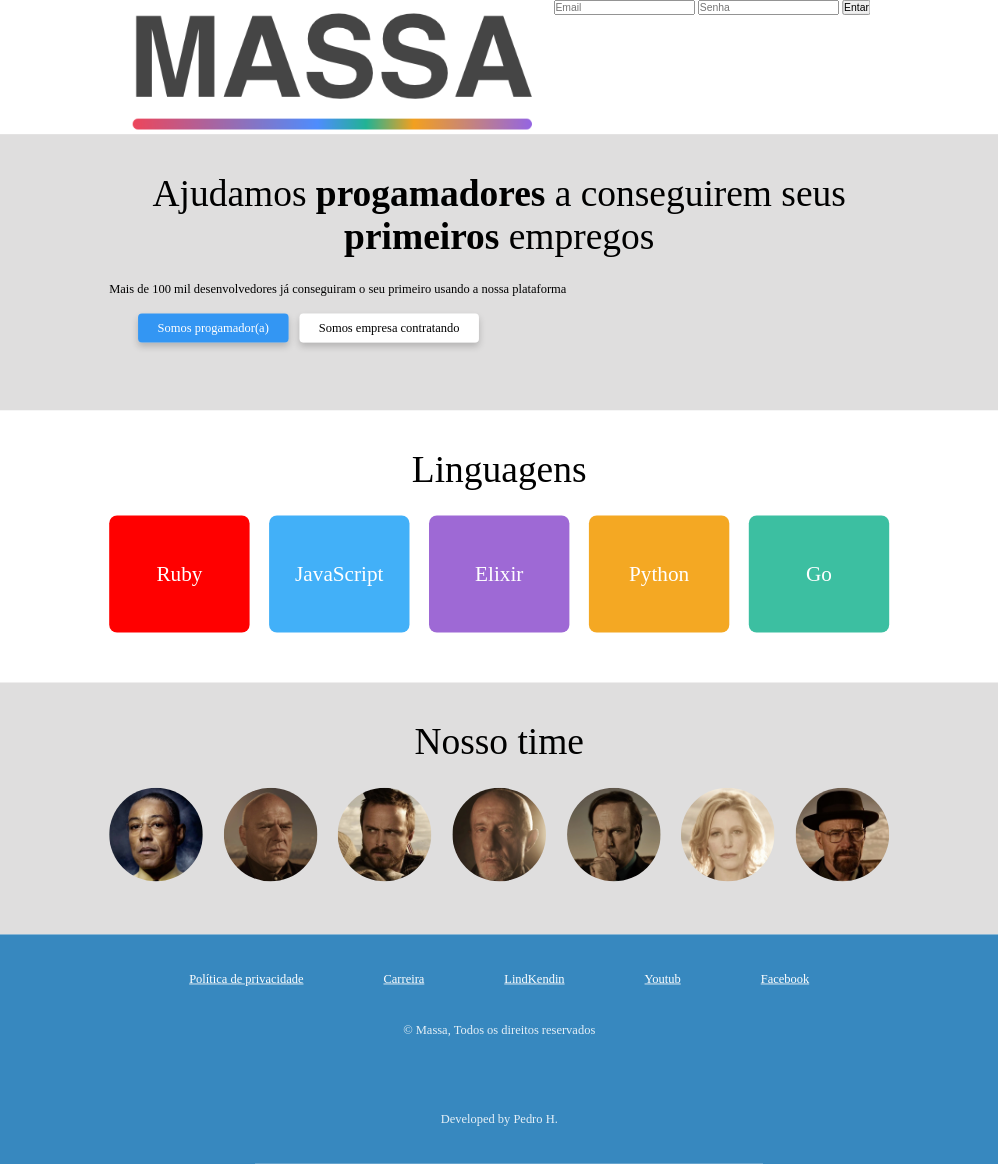
Repository: luizgaivaa/ProjetoSite
Page: index.html
The author's editor kept a copy of each file at every save. The page is drawn from the files as they stood at one save, then again after a run of saves.
The browser window is 1280 px wide. The pictures show the whole page, at 78% of full size.

Above is the page before, as saved 2024-03-19 13:19:11.

### index.html
<!DOCTYPE html>
<html lang="pt-br">
<head>
    <meta charset="UTF-8">
    <meta name="viewport" content="width=device-width, initial-scale=1.0">
    <title>Massa</title>
    <link rel="icon" href="react-icon.png">
    <link rel="stylesheet" href="style.css">

    <link rel="preconnect" href="https://fonts.googleapis.com">
    <link rel="preconnect" href="https://fonts.gstatic.com" crossorigin>
    <link href="https://fonts.googleapis.com/css2?family=Roboto:ital,wght@0,100;0,300;0,400;0,500;0,700;0,900;1,100;1,300;1,400;1,500;1,700;1,900&display=swap" rel="stylesheet">

</head>
<body>
        <header>

            <div class="container">

                <div class="logo">

                    <img src="imagens/logo.png" alt-="">

                </div>
                <div class="sing-in">
                <form action="#">

                    <input type="email" name="email" id="email" placeholder="Email">
                    <input type="password" name="password" id="password" placeholder="Senha">
                    <button type="submit">Entar</button>

                </form>
                </div>
            </div>

        </header>

    <main>

        <section class="intro gray">

            <div class="container">

                <h1 class="title">Ajudamos <strong>progamadores</strong> a conseguirem seus <strong>primeiros</strong> empregos</h1>
                <p>Mais de 100 mil desenvolvedores já conseguiram o seu primeiro usando a nossa plataforma</p>

                <div class="cta">
                    <a href="https://www.youtube.com/watch?v=u7E6Mn4hLAI" class="button primary">Somos progamador(a)</a>
                    <a href="https://www.youtube.com/watch?v=dQw4w9WgXcQ" class="button second">Somos empresa contratando</a>
                </div>

            </div>

        </section>

        <section class="languages">

            <div class="container">

                <h1 class="title">Linguagens</h1>

                <div class="Card">

                    <div class="card red">Ruby</div>
                    <div class="card blue">JavaScript</div>
                    <div class="card purple">Elixir</div>
                    <div class="card yellow">Python</div>
                    <div class="card green">Go</div>

                </div>

            </div>
        </section>

        <section class="team gray">

            <div class="container">

                <h1 class="title">Nosso time</h1>

                <div class="members">

                    <div class="Gus"><img src="team/gus.jpg" alt=""></div>
                    <div class="Hank"><img src="team/hank.jpg" alt=""></div>
                    <div class="Jesse"><img src="team/jesse.jpg" alt=""></div>
                    <div class="Mike"><img src="team/mike.jpg" alt=""></div>
                    <div class="Saul"><img src="team/saul.jpg" alt=""></div>
                    <div class="Skyler"><img src="team/skyler.jpg" alt=""></div>
                    <div class="walter"><img src="team/walter.jpg" alt=""></div>

                </div>

            </div>

        </section>

    </main>
        <footer>
            <div class="container">
                <ul>

                    <li><a href="https://www.leagueoflegends.com/pt-br/">Política de privacidade</a></li>
                    <li><a href="https://www.google.com/imgres?imgurl=https%3A%2F%2Fimages.contentstack.io%2Fv3%2Fassets%2Fblt731acb42bb3d1659%2Fblte466f329caecef3b%2F60887196f07013101daf0872%2FdevRammus_header.jpg&tbnid=cw0laePT7olaPM&vet=12ahUKEwje2tjspO-EAxUsuZUCHVRWCNwQMygBegQIARBN..i&imgrefurl=https%3A%2F%2Fwww.leagueoflegends.com%2Fpt-br%2Fnews%2Fdev%2Fdev-rammus-de-rift-a-rift%2F&docid=4QQPyuHJoJCulM&w=1920&h=1080&q=rammus%20lol&ved=2ahUKEwje2tjspO-EAxUsuZUCHVRWCNwQMygBegQIARBN">Carreira</a></li>
                    <li><a href="#">LindKendin</a></li>
                    <li><a href="#">Youtub</a></li>
                    <li><a href="#">Facebook</a></li>

                </ul>

                    <p class="copyright">© Massa, Todos os direitos reservados</p>
                    <p class="copyright">Developed by Pedro H.</p>

            </div>

        </footer>
</body>
</html>

### style.css
/*reset CSS*/

*{
    margin: 0;
    padding: 0;
    box-sizing: 0;
}

body{
    background-color: rgb(255, 255, 255);
}

.roboto-thin {
    font-family: "Roboto", sans-serif;
    font-weight: 100;
    font-style: normal;
  }

  .roboto-light {
    font-family: "Roboto", sans-serif;
    font-weight: 300;
    font-style: normal;
  }

  .roboto-regular {
    font-family: "Roboto", sans-serif;
    font-weight: 400;
    font-style: normal;
  }

  .roboto-medium {
    font-family: "Roboto", sans-serif;
    font-weight: 500;
    font-style: normal;
  }

  .roboto-bold {
    font-family: "Roboto", sans-serif;
    font-weight: 700;
    font-style: normal;
  }

  .roboto-black {
    font-family: "Roboto", sans-serif;
    font-weight: 900;
    font-style: normal;
  }

  .roboto-thin-italic {
    font-family: "Roboto", sans-serif;
    font-weight: 100;
    font-style: italic;
  }

  .roboto-light-italic {
    font-family: "Roboto", sans-serif;
    font-weight: 300;
    font-style: italic;
  }

  .roboto-regular-italic {
    font-family: "Roboto", sans-serif;
    font-weight: 400;
    font-style: italic;
  }

  .roboto-medium-italic {
    font-family: "Roboto", sans-serif;
    font-weight: 500;
    font-style: italic;
  }

  .roboto-bold-italic {
    font-family: "Roboto", sans-serif;
    font-weight: 700;
    font-style: italic;
  }

  .roboto-black-italic {
    font-family: "Roboto", sans-serif;
    font-weight: 900;
    font-style: italic;
  }

   .container {
    width: 1000px;
    margin: auto;
    padding: 0 1rem;

   }

   .gray {
    background-color:rgb(223, 222, 222)
   }

   .intro_gray {
    background-color:rgb(223, 222, 222)
   }

   .intro p{
    margin: 1rem 0;
    font-size: 1.5 rem;
    font-weight: 100;
   }

   h1 {
    font-size: 3rem;
    font-weight: normal;
   }

   h1.title {
    margin-bottom: 2rem;
    text-align: center;
    /* font-weight: bold; */
   }

   section {
    padding: 3rem 0 4rem 0;
   }

   .intro .cta {
    margin: 2rem;
   }

   .button {
    /*background-color: #3396f3;
    color: white;*/
    padding: 10px 25px;
    text-decoration: none;
    border-radius: 5px;
    margin: 5px;
    box-shadow: 0 5px 10px 0 rgba(0, 0, 0, 0.2);
   }

   .button:hover {
    box-shadow: 0 5px 10px 0 rgba(0, 0, 0, 0.5);
   }


   .primary {
    background-color: #3396f3;
    color: white;
   }

   .second {
    background-color: white;
    color: black;
   }

   .Card {
    display: flex;
    justify-content: space-between;
   }

   .card {
      display: flex;
      flex-direction: column;
      justify-content: center;
      text-align: center;

      width: 18%;
      height: 150px;
      border-radius: 10px;
      color: white;
      font-size: 1.7rem;
    }

   .card.red {
      background-color: red;
   }

   .card.blue {
    background-color: #42b0f8;
   }

   .card.purple {
    background-color: #9e69d5;
   }

   .card.yellow {
    background-color: #f4a823;
   }

   .card.green {
    background-color: #3cbfa1;
   }

   .members {
    display: flex;
    justify-content: space-between;
   }

   .members img {
    width: 120px;
    height: 120px;
    border-radius: 50%;
   }

   footer {
    background-color: #3788bf ;
   }

   footer ul{
    display: flex;
    justify-content: space-evenly;
    padding-top: 3rem;
    list-style-type: none;
   }

   footer a{
    color: white;
   }
   footer p.copyright{
    padding: 3rem 0;
    color: #ffffffdd;
    text-align: center;
   }

   header div{
    display: flex;
    justify-content: space-evenly;
    padding: 2 rem;
   }
   .logo image{
    width: 211px;
   }

After the next 2 saves:
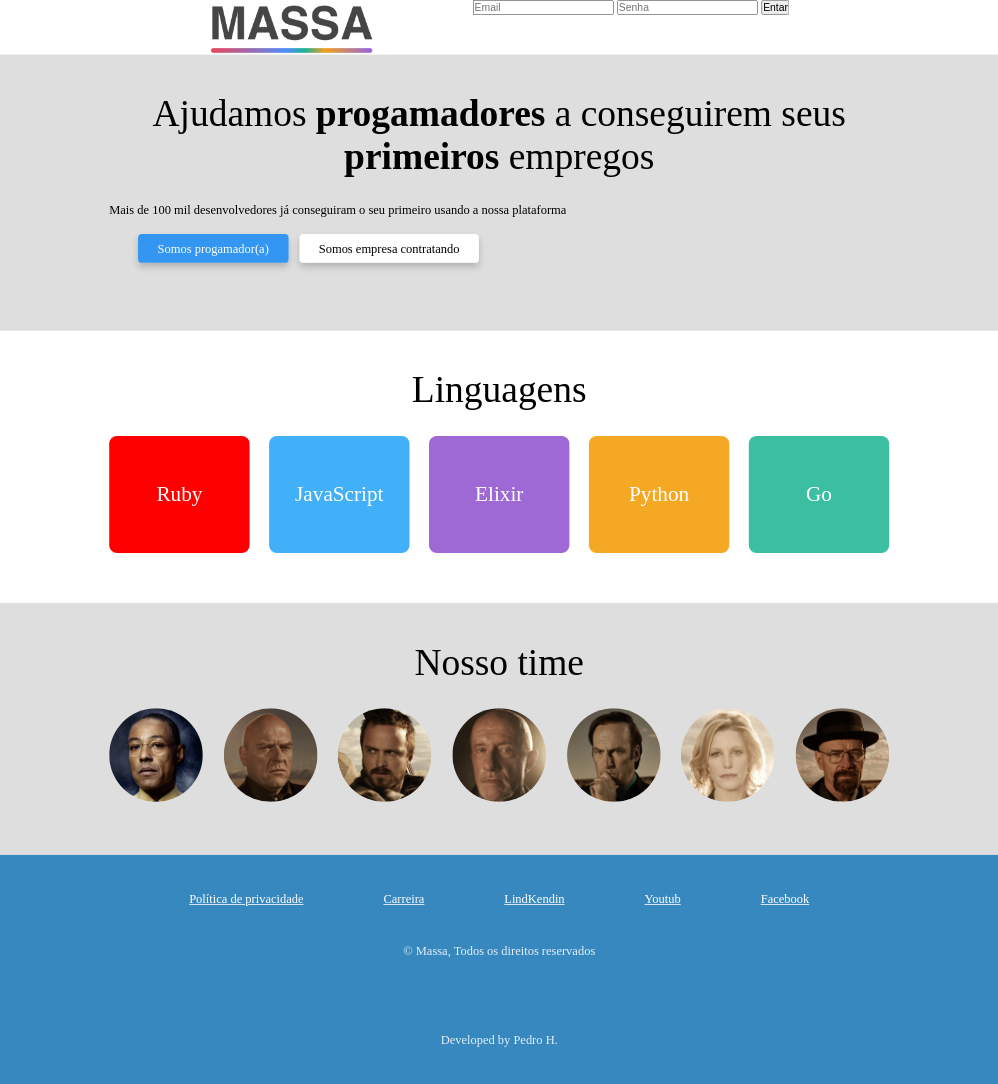
The 2 saves are shown as one change because they came seconds apart.
The last was saved 27 s later.
--- a/style.css
+++ b/style.css
@@ -221,6 +221,6 @@
     justify-content: space-evenly;
     padding: 2 rem;
    }
-   .logo image{
+   .logo img{
     width: 211px;
    }

After the save that followed:
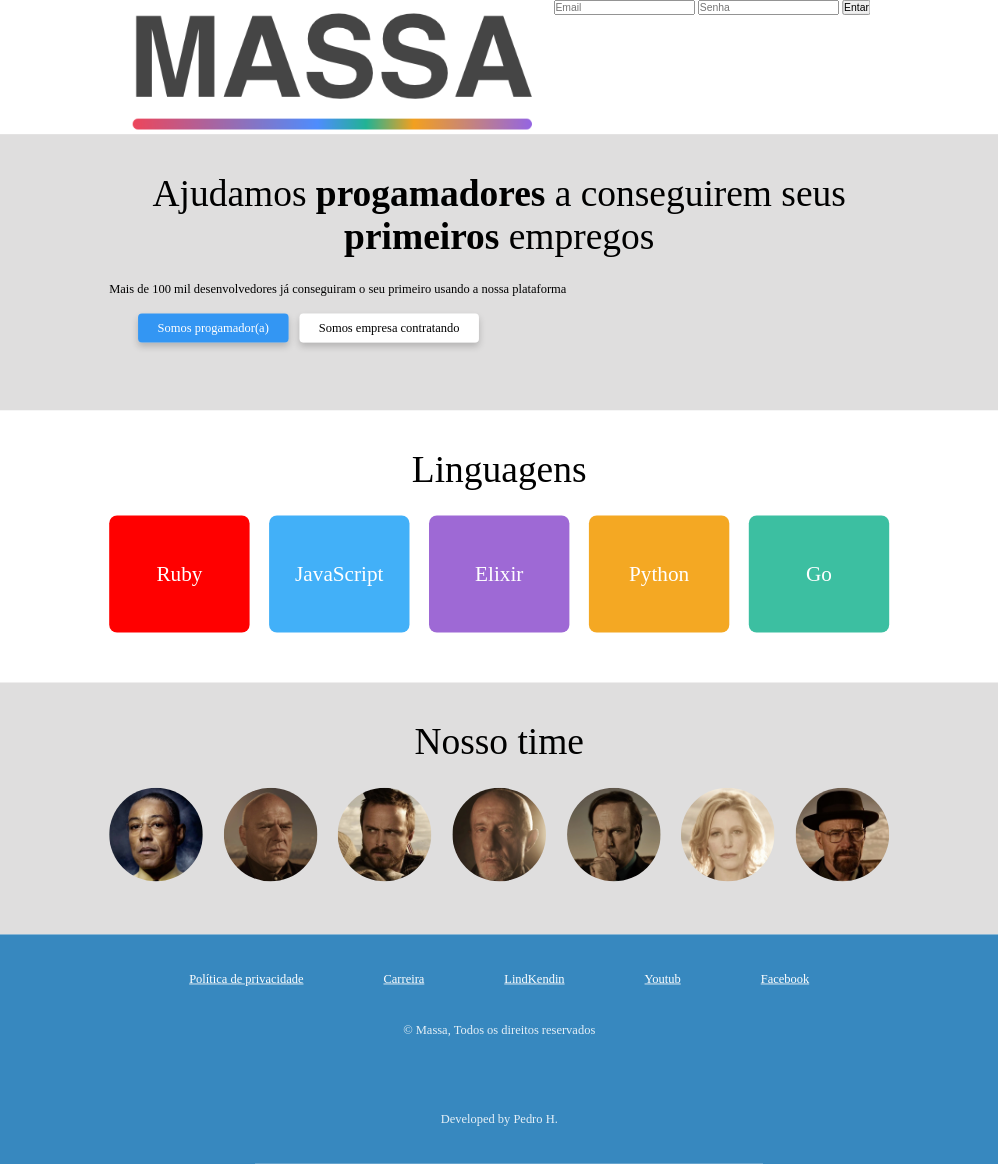
Saved 9 s later.
--- a/style.css
+++ b/style.css
@@ -221,6 +221,6 @@
     justify-content: space-evenly;
     padding: 2 rem;
    }
-   .logo img{
+   .logo img div{
     width: 211px;
    }
